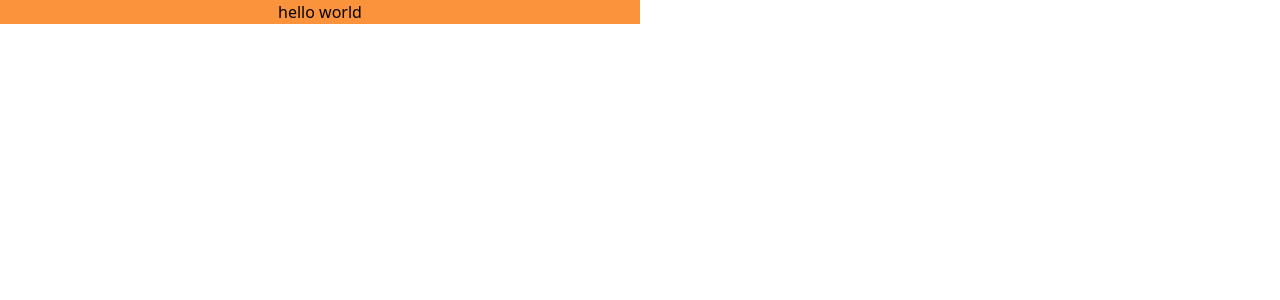
Repository: SehajBindra/SGTBIMIT-ERP-Client
Page: /StudentLogin
An editor plug-in stored every save of this project. The page is shown before and after the next save, followed by the edit.
The browser window is 1280 px wide. The pictures show the whole page.
The project was rebuilt for these pictures with package versions that can differ from the ones it lists, and the page was loaded fresh each time. Also part of the build but not shown: src/LOGIN/Login.js, src/LOGIN/FACULTY/FacultyLogin.js, src/STUDENT_PAGE/StuBody.js, src/STUDENT_PAGE/StuSidebar.js, src/STUDENT_PAGE/StuHeader.js, src/STUDENT_PAGE/StudentHome.js, src/FACULTY_PAGE/FacBody.js, src/FACULTY_PAGE/FacHeader.js and 2 more.

Above is the page before, as saved 2023-05-14 15:18:36.

After the next save:
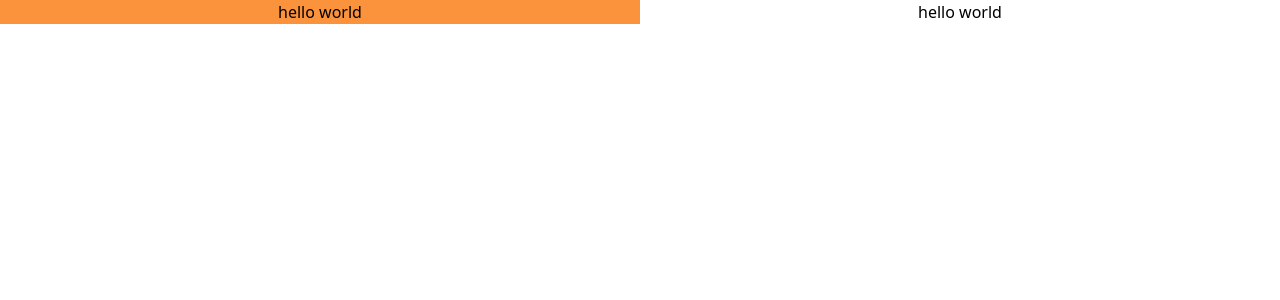
Saved 38 s later.
--- a/src/LOGIN/STUDENT/StudentLogin.js
+++ b/src/LOGIN/STUDENT/StudentLogin.js
@@ -20,6 +20,10 @@
       <div className=" bg-orange-400 col-span-2">
         <h2>hello world</h2>
       </div>
+
+      <div className="bg-white col-span-2">
+        <h2>hello world</h2>
+      </div>
     </div>
   );
 };
